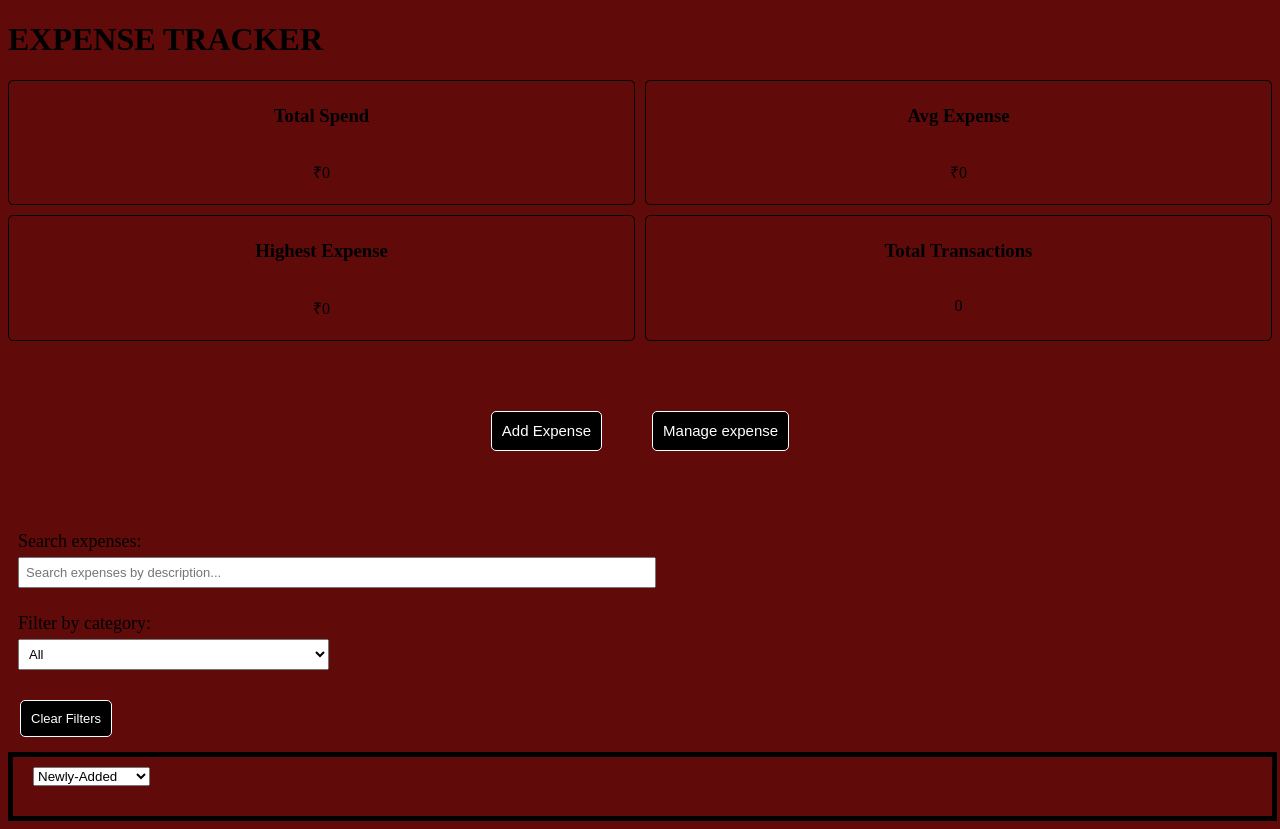
Repository: Gaurav124937/Expense-Tracker
Page: index.html
These files come from the project's save history. The page is drawn as it stood at one moment and after a run of saves; the edit follows.
The browser window is 1280 px wide. The pictures show the whole page.

Above is the page before, as saved 2026-09-20 20:14:07.

### index.html
<!doctype html>
<html lang="en">
  <head>
    <meta charset="UTF-8" />
    <meta name="viewport" content="width=device-width, initial-scale=1.0" />
    <title>Expense tracker</title>
    <link rel="stylesheet" href="style.css" />
    <script src="script.js" defer></script>
  </head>

  <body>
    <h1>EXPENSE TRACKER</h1>

    <div class="grid">
      <section class="section">
        <h3>Total Spend</h3>
        <p>₹0</p>
      </section>

      <section class="section">
        <h3>Avg Expense</h3>
        <p>₹0</p>
      </section>

      <section class="section">
        <h3>Highest Expense</h3>
        <p>₹0</p>
      </section>

      <section class="section">
        <h3>Total Transactions</h3>
        <p>0</p>
      </section>
    </div>

    <div class="buttons-grid">
      <button class="btn add-expense-button">Add Expense</button>
      <button class="btn manage-expense-button">Manage expense</button>
    </div>

    <div class="filter-container">
      <div class="search-filter-container">
        <label class="filter-form-label" for="expense-search"
          >Search expenses:</label
        >
        <input
          type="text"
          class="expense-search"
          placeholder="Search expenses by description..."
        />
      </div>
      <div class="category-filter-container">
        <label class="filter-form-label" for="category"
          >Filter by category:</label
        >
        <select class="category-filter" name="category">
          <option value="all">All</option>
          <option value="food">Food</option>
          <option value="petrol">Petrol</option>
          <option value="travel">Travel</option>
          <option value="shopping">Shopping</option>
          <option value="transport">Transport</option>
          <option value="other">Other</option>
        </select>
      </div>
      <div>
        <button class="clear-filters">Clear Filters</button>
      </div>
    </div>
    <div class="main-container">
      <div class="expense-card-sort">
        <select class="sort-expenses">
          <option value="latest">Newly-Added</option>
          <option value="newest">Newest First</option>
          <option value="oldest">Oldest First</option>
          <option value="highest">Highest Amount</option>
          <option value="lowest">Lowest Amount</option>
        </select>
      </div>
      <div class="expense-list expense-list-view"></div>
    </div>
    <form method="post" class="expense-form form-hidden">
      <div class="form">
        <p>ADD YOUR DETAILS</p>

        <div class="formating">
          <label for="expense">Enter amount</label>
          <input type="number" id="expense" name="expense" />
        </div>

        <div class="formating">
          <label for="description">Enter description</label>
          <input type="text" id="description" name="description" />
        </div>

        <div class="formating">
          <label for="category">Select category</label>
          <select id="category" name="category">
            <option value="all">All</option>
            <option value="food">Food</option>
            <option value="petrol">Petrol</option>
            <option value="travel">Travel</option>
            <option value="shopping">Shopping</option>
            <option value="transport">Transport</option>
            <option value="other">Other</option>
          </select>
        </div>

        <div class="formating">
          <label for="date">Enter date</label>
          <input type="date" id="date" name="date" />
        </div>

        <div class="formating">
          <button class="save-expense-button" type="submit">
            Save expense
          </button>
        </div>
      </div>
    </form>

    <div class="total-expense"></div>
  </body>
</html>

### style.css
.grid {
  display: grid;
  grid-template-columns: repeat(2, 1fr);
  gap: 10px;
}

.section {
  display: flex;
  flex-direction: column;
  align-items: center;
  border-radius: 5px;
  border-color: black;
  border: 1px solid;
  padding: 5px;
}
.buttons-grid {
  display: flex;
  flex-direction: row;
  padding: 50px;
  gap: 10px;
  justify-content: center;
}
.btn {
  padding: 10px;
  border-radius: 5px;
  border-color: black;
  border: 1px solid;
  margin: 20px;
  font-size: 15px;
  block-size: 40px;
  color: white;
  background-color: black;
}
.form {
  display: flex;
  flex-direction: column;
  padding: 20px;
}
.formating {
  display: flex;
  flex-direction: column;
  padding: 5px;
  width: 75%;
}
.save-expense-button {
  padding: 10px;
  border-radius: 5px;
  border-color: black;
  border: 1px solid;
  margin-top: 20px;
  font-size: 15px;
  block-size: 40px;
  color: white;
  background-color: black;
  width: 45%;
}
.form-hidden {
  display: none;
}

.main-container {
  padding: 10px;
  border: 5px solid;
  gap: 10px;
  width: 98%;
}

.expense-list-view {
  display: flex;
  flex-direction: row;
  padding: 10px;
  gap: 10px;
  overflow-x: auto;
}
.expense-display-card {
  display: flex;
  flex-direction: column;
  padding: 8px;
  border: 3px solid;
  border-radius: 10px;
  width: 200px;
  background-color: rgba(0, 26, 255, 0.585);
  height: 300px;
  flex-shrink: 0;
  box-sizing: border-box;
}

.expense-text-styling {
  font-size: 15px;
  color: white;
  font-weight: bold;
}

.delete-expense-button {
  padding: 5px;
  border-radius: 5px;
  width: 50%;
  border-color: black;
  border: 1px solid;
  margin-top: 20px;
  font-size: 15px;
  block-size: 30px;
  color: white;
  background-color: rgba(255, 0, 0, 0.761);
}

.edit-expense-button {
  padding: 5px;
  border-radius: 5px;
  width: 50%;
  border-color: black;
  border: 1px solid;
  margin-top: 20px;
  font-size: 15px;
  block-size: 30px;
  color: white;
  background-color: rgb(0, 0, 0);
}

.expense-info {
  display: flex;
  flex-direction: column;
  flex: 1;
  min-height: 0;
  overflow: auto;
}
.expense-actions {
  display: flex;
  flex-direction: row;
  gap: 10px;
  margin-top: auto;
  flex-shrink: 0;
}

body {
  background-color: rgb(96, 10, 10);
}

.expense-description {
  text-overflow: ellipsis;
  overflow: hidden;
  overflow-wrap: break-word;
  line-clamp: 3;
  -webkit-line-clamp: 3;
  display: -webkit-box;
  -webkit-box-orient: vertical;
}

.expense-description.expanded {
  display: block;
  line-clamp: unset;
  -webkit-line-clamp: unset;
  overflow: visible;
  overflow-wrap: break-word;
}
.expense-search {
  width: 50%;
  font-size: 13px;
  padding: 6px;
  margin-bottom: 10px;
}
.category-filter-container {
  display: flex;
  flex-direction: column;
  padding: 10px;
}
.category-filter {
  width: 25%;
  font-size: 13px;
  padding: 6px;
  margin-bottom: 20px;
}
.filter-container {
  display: flex;
  flex-direction: column;
  padding: 5px;
  gap: 5px;
}
.search-filter-container {
  display: flex;
  flex-direction: column;
  padding: 5px;
}
.category-filter-container {
  display: flex;
  flex-direction: column;
  padding: 5px;
}
.filter-form-label {
  font-size: 18px;
  margin-bottom: 5px;
  color: rgb(0, 0, 0);
}
.clear-filters {
  padding: 10px;
  border-radius: 5px;
  border-color: black;
  margin-left: 7px;
  margin-bottom: 10px;
  border: 1px solid;
  font-size: 13px;
  color: white;
  background-color: black;
}

.expense-card-sort {
  margin-left: 10px;
  font-size: 13px;
  width: 20%;
}

### script.js
const addExpenseButton = document.querySelector(".add-expense-button");

const expenseForm = document.querySelector(".expense-form");

addExpenseButton.addEventListener("click", function showExpenseForm() {
  expenseForm.classList.toggle("form-hidden");
});

const expenses = [];
getData();

expenses.forEach((expense) => {
  renderExpense(expense);
});

let editingExpenseId = null;

// FUNCTION WORKS ON SUBMITTING THE FORM
expenseForm.addEventListener("submit", function (event) {
  event.preventDefault();
  const amount = Number(document.querySelector("#expense").value);
  const descript = document.querySelector("#description").value;
  const category = document.querySelector("#category").value;
  const date = document.querySelector("#date").value;

  if (amount <= 0 || descript.trim() === "" || category == "" || date === "") {
    alert("please enter all details carefully");
    return;
  }
  const expense = {
    id: crypto.randomUUID(),
    expense: amount,
    description: descript,
    category: category,
    date: date,
  };

  //IMPLEMENTATION OF EDIT EXPENSE WORKING

  if (editingExpenseId == null) {
    expenses.push(expense);
    storingData();
    expenseForm.reset();

    renderExpense(expense);
  } else {
    const index = expenses.findIndex(
      (expense) => expense.id === editingExpenseId,
    );
    const expenseToSave = expenses[index];
    if (index !== -1) {
      expenseToSave.expense = amount;
      expenseToSave.description = descript;
      expenseToSave.category = category;
      expenseToSave.date = date;
    }

    storingData();
    expenseForm.reset();
    const expenseElement = document.getElementById(editingExpenseId);
    const infoDiv = expenseElement.querySelector(".expense-info");
    infoDiv.innerHTML = `
    <p class="expense-text-styling expense-description ">${expenseToSave.description}</p>
    <p class="expense-text-styling">₹${expenseToSave.expense}</p>
    <p class="expense-text-styling">${expenseToSave.category}</p>
  <p class="expense-text-styling">${expenseToSave.date}</p>
  `;
    document.querySelector(".total-expense").innerHTML =
      `<p>TOTAL EXPENSE: ${totalExpense()}</p>`;

    editingExpenseId = null;
  }
});

//FUNCTION TO FIND TOTAL EXPENSE
function totalExpense() {
  const totalExpense = expenses.reduce((total, expense) => {
    return total + expense.expense;
  }, 0);
  return totalExpense;
}

// FUNCTIONS TO STORE AND GET DATA
function storingData() {
  const expenseArrayString = JSON.stringify(expenses);
  localStorage.setItem("array", expenseArrayString);
}

function getData() {
  const expensesArray = JSON.parse(localStorage.getItem("array"));
  if (expensesArray !== null) {
    expenses.push(...expensesArray);
  }

  console.log(expensesArray);
}

//FUNCTION TO DISPLAY EXPENSE ON DISPLAY
function renderExpense(expense) {
  const expenseList = document.querySelector(".expense-list");

  const expenseElement = document.createElement("div");
  expenseElement.classList.add("expense-display-card");
  expenseElement.id = expense.id;

  const infoDiv = document.createElement("div");
  infoDiv.classList.add("expense-info");
  infoDiv.innerHTML = `
    <p class="expense-text-styling expense-description ">${expense.description}</p>
    <p class="expense-text-styling">₹${expense.expense}</p>
    <p class="expense-text-styling">${expense.category}</p>
  <p class="expense-text-styling">${expense.date}</p>
  `;
  expenseElement.appendChild(infoDiv);

  const actionDiv = document.createElement("div");
  actionDiv.classList.add("expense-actions");
  actionDiv.innerHTML = `
  <button class="delete-expense-button">Delete</button>
  <button class="edit-expense-button">Edit</button>
  `;

  expenseElement.appendChild(actionDiv);

  expenseList.appendChild(expenseElement);
  const descriptionElement = expenseElement.querySelector(
    ".expense-description",
  );
  descriptionElement.addEventListener("click", () => {
    descriptionElement.classList.toggle("expanded");
  });

  updateTotal();

  const deleteExpense = expenseElement.querySelector(".delete-expense-button");
  deleteExpense.addEventListener("click", function () {
    expenseElement.remove();
    const index = expenses.findIndex(
      (expense) => expense.id === expenseElement.id,
    );
    if (index !== -1) {
      expenses.splice(index, 1);
    }

    storingData();

    updateTotal();
  });

  const editExpense = expenseElement.querySelector(".edit-expense-button");
  editExpense.addEventListener("click", function () {
    const index = expenses.findIndex(
      (expense) => expense.id === expenseElement.id,
    );
    if (index !== -1) {
      const expenseToEdit = expenses[index];

      editingExpenseId = expenseToEdit.id;

      document.querySelector("#expense").value = expenseToEdit.expense;
      document.querySelector("#description").value = expenseToEdit.description;
      document.querySelector("#category").value = expenseToEdit.category;
      document.querySelector("#date").value = expenseToEdit.date;
    }
    expenseForm.classList.toggle("form-hidden");
  });
}

const searchInput = document.querySelector(".expense-search");
searchInput.addEventListener("input", updateExpenseList);

const categoryFilter = document.querySelector(".category-filter");
categoryFilter.addEventListener("change", updateExpenseList);

const sortExpenses = document.querySelector(".sort-expenses");
sortExpenses.addEventListener("change", updateExpenseList);


//FUNCTION FOR FILTER EXPENSES BY DESCRIPTION, CATEGORY AND SORTING
function updateExpenseList() {
  const searchText = searchInput.value.toLowerCase();
  const selectedCategory = categoryFilter.value;
  const selectedSort = sortExpenses.value;

  let displayedExpenses = expenses.filter((expense) => {
    const matchesSearch = expense.description
      .toLowerCase()
      .includes(searchText);

    const matchesCategory =
      selectedCategory === "all" ||
      expense.category.toLowerCase() === selectedCategory;

    return matchesSearch && matchesCategory;
  });

  if(selectedSort === "latest"){
    expenses.forEach((expense) => {
    renderExpense(expense);
  });
  }

  if (selectedSort === "highest") {
    displayedExpenses.sort((a, b) => b.expense - a.expense);
  }

  if (selectedSort === "lowest") {
    displayedExpenses.sort((a, b) => a.expense - b.expense);
  }

  if (selectedSort === "newest") {
    displayedExpenses.sort((a, b) => new Date(b.date) - new Date(a.date));
  }

  if (selectedSort === "oldest") {
    displayedExpenses.sort((a, b) => new Date(a.date) - new Date(b.date));
  }

  const expenseList = document.querySelector(".expense-list");
  expenseList.innerHTML = "";

  if (displayedExpenses.length === 0) {
    expenseList.innerHTML = "<p>No expenses found.</p>";
    return;
  }

  displayedExpenses.forEach((expense) => {
    renderExpense(expense);
  });
}
//FUNCTION FOR UPDATING TOTAL
function updateTotal() {
  const totalAmount = document.querySelector(".total-expense");

  totalAmount.innerHTML = `<p>TOTAL EXPENSE: ${totalExpense()}</p>`;
}

//CLEARING FILTER
const clearFiltersButton = document.querySelector(".clear-filters");

clearFiltersButton.addEventListener("click", function () {
  searchInput.value = "";
  categoryFilter.value = "all";
  sortExpenses.value="latest";

  updateExpenseList();
});

After the next 3 saves:
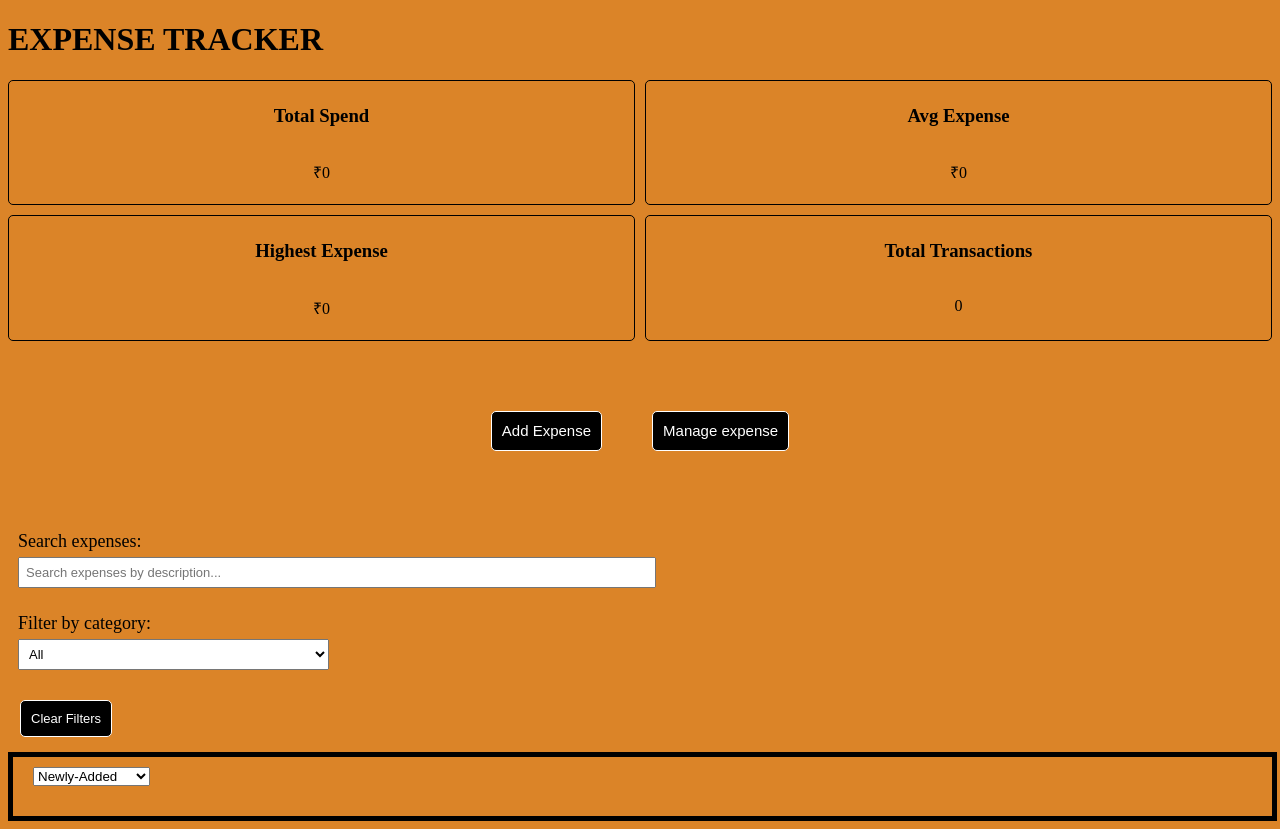
The 3 saves are shown as one change because they came seconds apart.
The last was saved 25 s later.
--- a/style.css
+++ b/style.css
@@ -133,7 +133,7 @@
 }
 
 body {
-  background-color: rgb(96, 10, 10);
+  background-color: rgb(219, 132, 40);
 }
 
 .expense-description {
